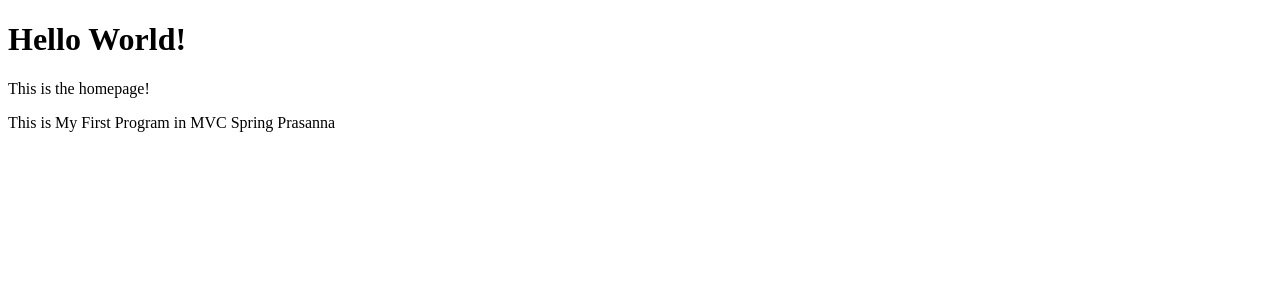
Repository: PrasananTrainer03/Infinite3
Page: http://localhost/SpringMvcDemo1/WEB-INF/views/home.jsp
The author's editor kept a copy of each file at every save. The page is drawn from the files as they stood at one save, then again after the next save.
The browser window is 1280 px wide. The pictures show the whole page.
The page is served by Tomcat 9. Nobody is signed in. Other server files are loaded and not shown. The template is opened directly, without the code that normally fills it, so the values that code supplies are empty.

Above is the page before, as saved 2022-04-21 09:08:06.

### Training Material/April21_Spring_MVC/SpringMvcDemos/SpringMvcDemo1/src/main/webapp/WEB-INF/views/home.jsp
<%@page contentType="text/html" pageEncoding="UTF-8"%>
<!DOCTYPE HTML PUBLIC "-//W3C//DTD HTML 4.01 Transitional//EN"
   "http://www.w3.org/TR/html4/loose.dtd">

<html>
    <head>
        <meta http-equiv="Content-Type" content="text/html; charset=UTF-8">
        <title>Home</title>
    </head>
    <body>
        <h1>Hello World!</h1>
        <p>This is the homepage!</p>
        <p>This is My First Program in MVC Spring Prasanna</p>
    </body>
</html>

After the next save:
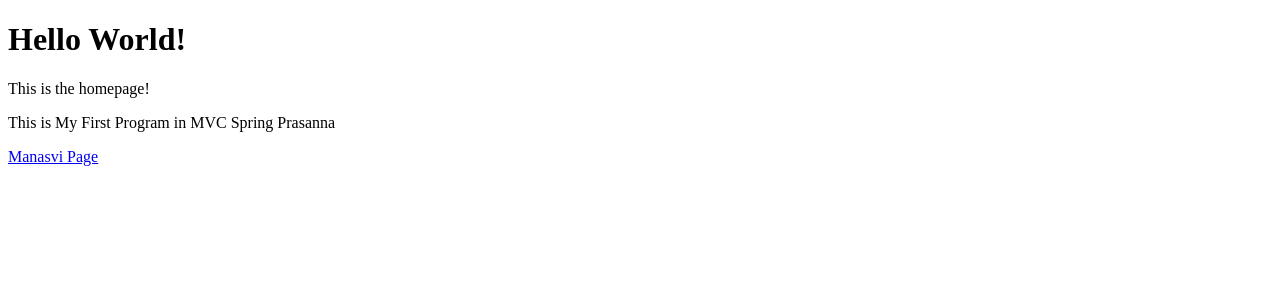
Saved 73 s later.
--- a/Training Material/April21_Spring_MVC/SpringMvcDemos/SpringMvcDemo1/src/main/webapp/WEB-INF/views/home.jsp
+++ b/Training Material/April21_Spring_MVC/SpringMvcDemos/SpringMvcDemo1/src/main/webapp/WEB-INF/views/home.jsp
@@ -11,5 +11,8 @@
         <h1>Hello World!</h1>
         <p>This is the homepage!</p>
         <p>This is My First Program in MVC Spring Prasanna</p>
+        <p>
+        	<a href="manasvi">Manasvi Page</a>
+        </p>
     </body>
 </html>
